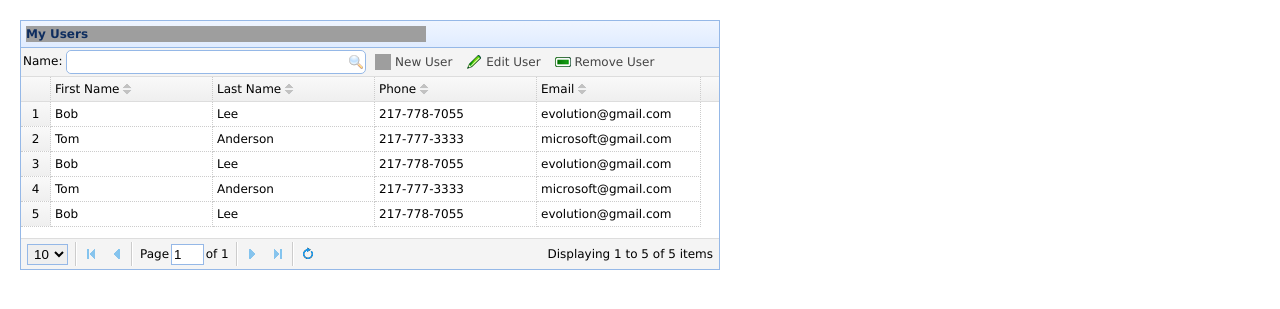
Repository: fslichen/EasyUI_Project_Management
Page: EasyUI_Project_Management/src/main/resources/static/evolution.html
An editor plug-in stored every save of this project. The page is shown before and after the next save, followed by the edit.
The browser window is 1280 px wide. The pictures show the whole page.
Pictures or frames that could not be fetched are drawn as grey boxes. The page's requests for data from a server got no answer.

Above is the page before, as saved 2017-06-25 12:56:50.

After the next save:
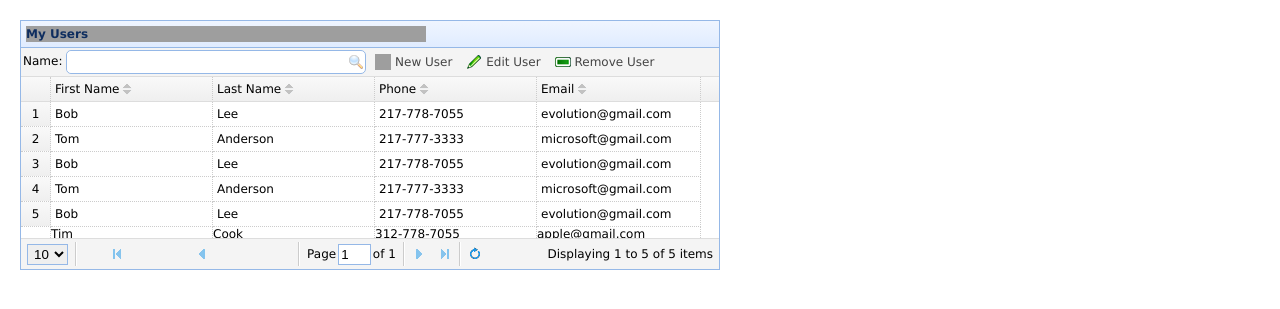
Saved 6 s later.
--- a/EasyUI_Project_Management/src/main/resources/static/evolution.html
+++ b/EasyUI_Project_Management/src/main/resources/static/evolution.html
@@ -36,6 +36,7 @@ $(document).ready(function() {
 	var request = {name : 'Chen'};
 	post('post', request);
 	columns('dg');
+	addRow();
 });
 </script>
 </head>
